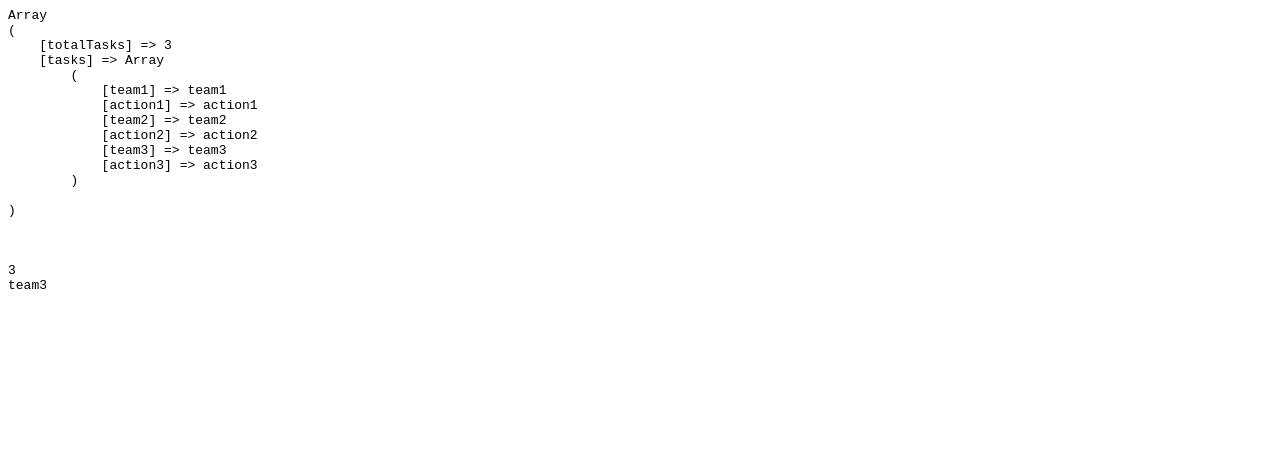
Repository: DonWhelan/Request-Hub
Page: http://localhost/test.php
The author's editor kept a record of every edit. The page is drawn from the files as they stood at one moment, then again after the next edit.
The browser window is 1280 px wide. The pictures show the whole page.
The page is run by PHP 8.4 with error messages shown; the project is at /var/www/html/.

Above is the page before.

After the next edit:
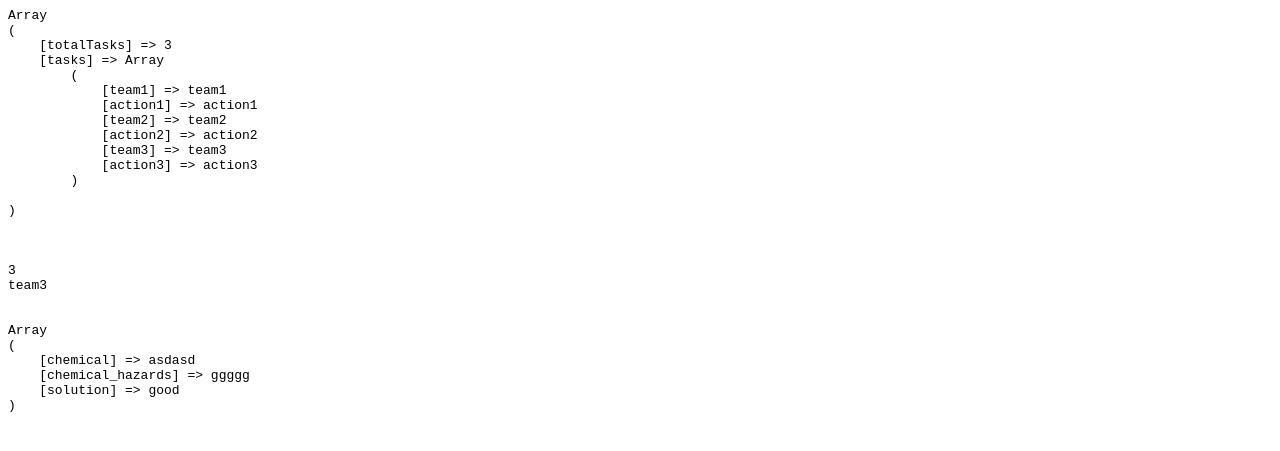
The edit:
--- a/test.php
+++ b/test.php
@@ -24,7 +24,7 @@
 
     $test = array('chemical' => 'asdasd', 'chemical_hazards' => 'ggggg'); //init
     $test['solution'] = 'good';
-
+    print_r($test);
 
 
 
